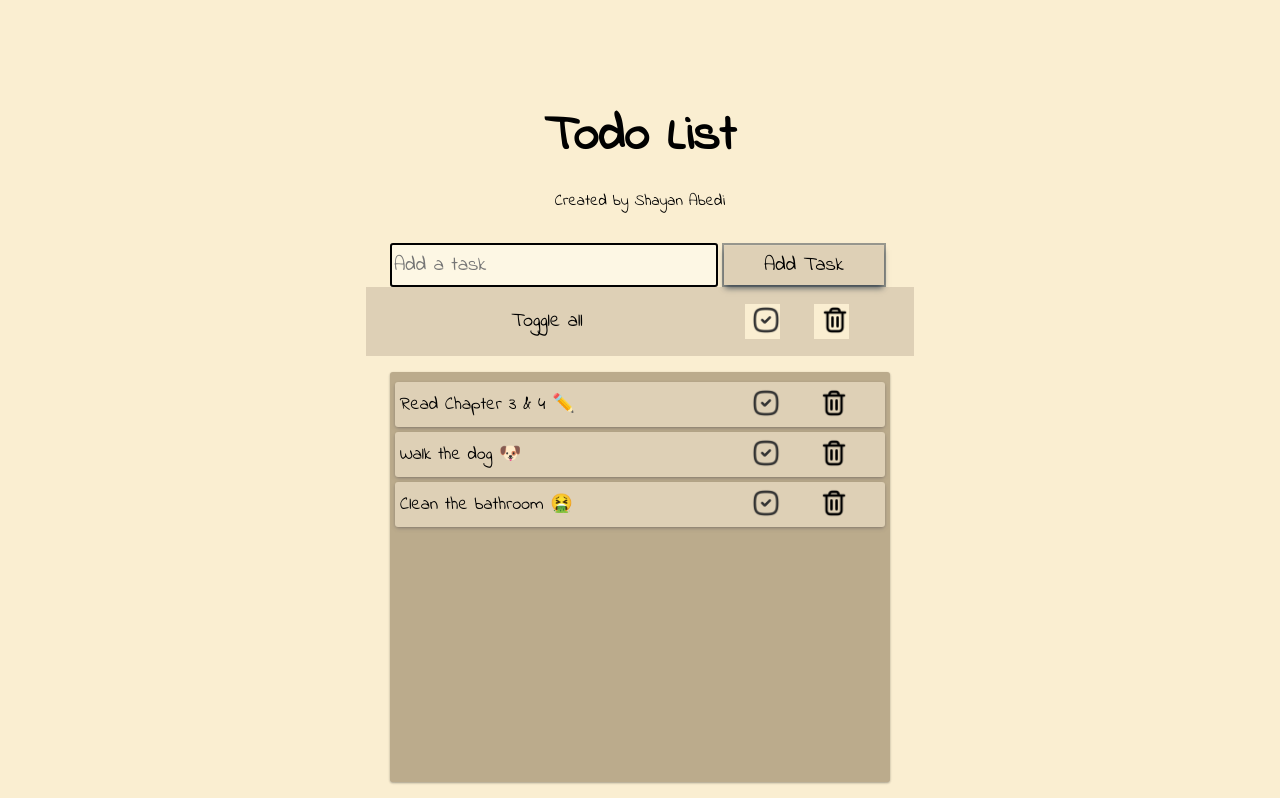
Repository: shayanabedi98/todo-list
Page: /
An editor plug-in stored every save of this project. The page is shown before and after the next save, followed by the edit.
The browser window is 1280 px wide. The pictures show the whole page.
The project was rebuilt for these pictures with package versions that can differ from the ones it lists, and the page was loaded fresh each time. Also part of the build but not shown: vite.config.js.

Above is the page before, as saved 2023-12-30 17:27:12.

After the next save:
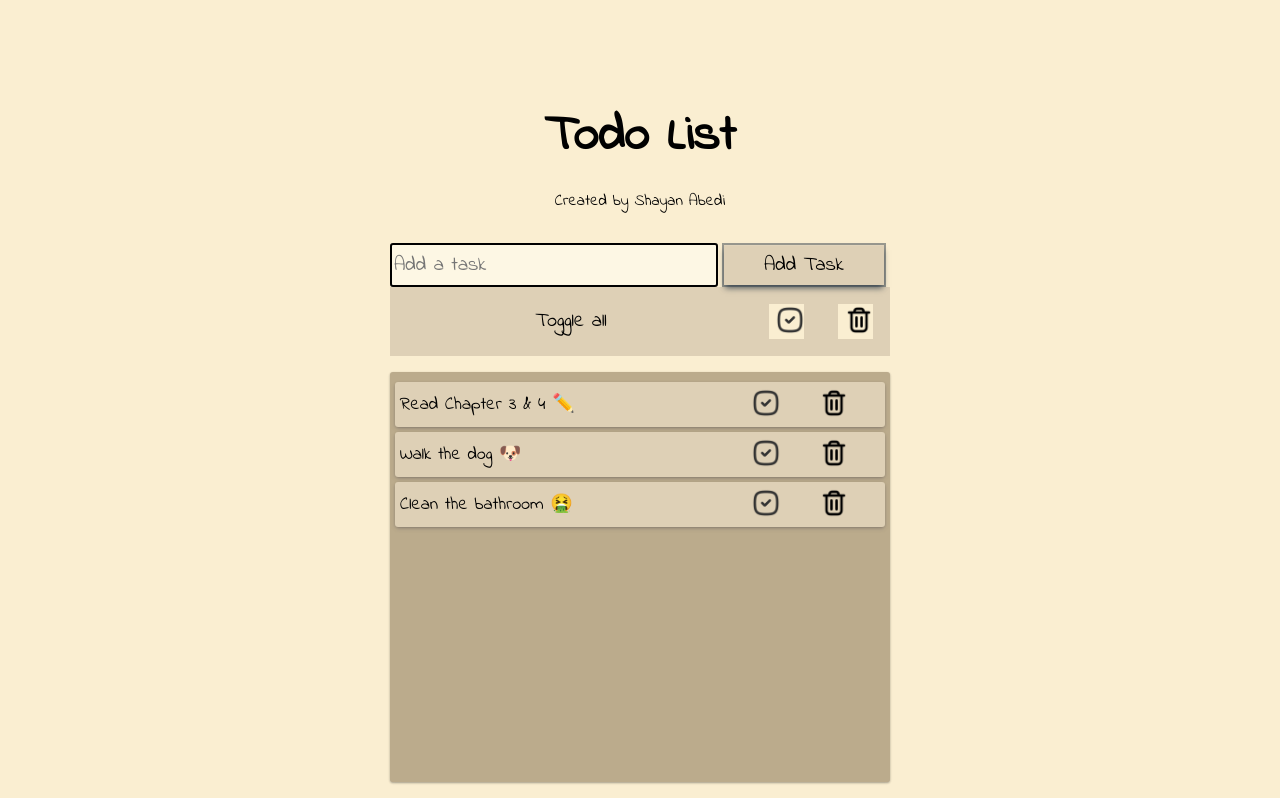
Saved 11 s later.
--- a/src/index.css
+++ b/src/index.css
@@ -43,9 +43,7 @@ h1 {
   display: grid;
   grid-template-columns: 1fr 0.19fr 0.19fr;
   place-items: center;
-  padding-right: 48px;
   background-color: #DED0B6;
-
 }
 
 .affect-all-text {
